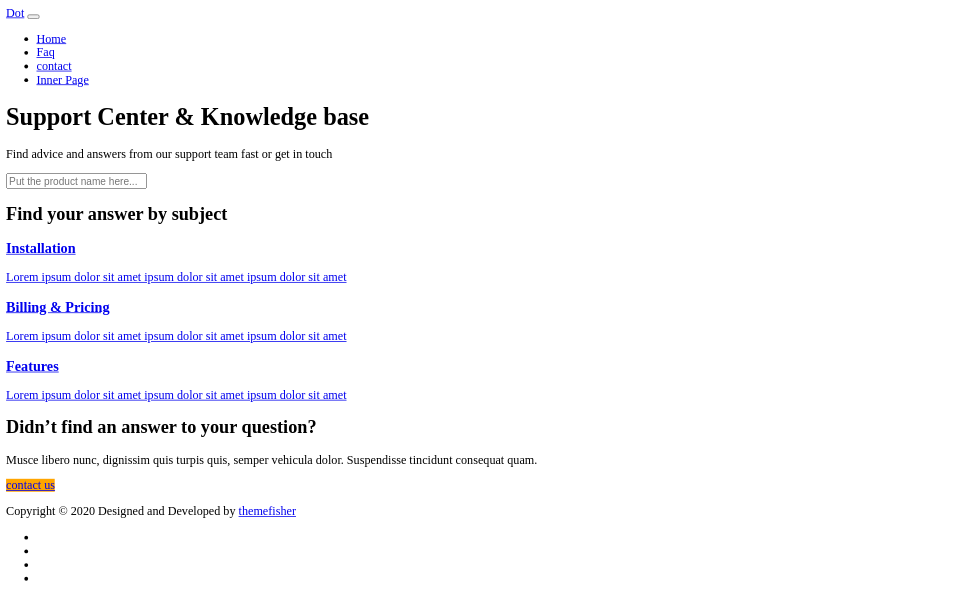
Repository: AlexThyCoolest/ReviewReader
Page: http://localhost/
An editor plug-in stored every save of this project. The page is shown before and after the next save, followed by the edit.
The browser window is 1280 px wide. The pictures show the whole page, at 76% of full size.
The page is served by the project's application, run on Flask 3 (main.py).

Above is the page before, as saved 2024-07-23 10:34:52.
Console error: ReferenceError: jQuery is not defined
Not found: OYT/Users/alex/Documents/OYT/assets/style.css
Not found: OYT/plugins/bootstrap/bootstrap.min.css
Not found: OYT/plugins/bootstrap/bootstrap.min.js

### OYT/templates/index.html
<!DOCTYPE html>
<html lang="en-us">

<head>
    <meta charset="utf-8">
    <title>Dot</title>
    <meta name="viewport" content="width=device-width, initial-scale=1, maximum-scale=1">

    <!-- theme meta -->
    <meta name="theme-name" content="dot" />

    <!-- ** CSS Plugins Needed for the Project ** -->

    <!-- Bootstrap -->
    <link rel="stylesheet" href="plugins/bootstrap/bootstrap.min.css">
    <!-- themefy-icon -->
    <link rel="stylesheet" href="plugins/themify-icons/themify-icons.css">
    <!--Favicon-->
    <link rel="icon" href="images/favicon.png" type="image/x-icon">
    <!-- fonts -->
    <link href="https://fonts.googleapis.com/css?family=Lato:300,400,700&display=swap" rel="stylesheet">
    <!-- Main Stylesheet -->
    <link href="/Users/alex/Documents/OYT/assets/style.css" rel="stylesheet" media="screen" />
    <style>
        :root {
            --primary-color: #FFA500;
            /* Yellow-Orange */
        }

        .btn-primary,
        .bg-primary {
            background-color: var(--primary-color) !important;
            border-color: var(--primary-color) !important;
        }

        .text-primary {
            color: var(--primary-color) !important;
        }
    </style>
</head>
</head>

<body>
    <!-- header -->
    <header class="banner overlay bg-cover" data-background="images/banner.jpg">
        <nav class="navbar navbar-expand-md navbar-dark">
            <div class="container">
                <a class="navbar-brand px-2" href="index.html">Dot</a>
                <button class="navbar-toggler border-0" type="button" data-toggle="collapse" data-target="#navigation"
                    aria-controls="navigation" aria-expanded="false" aria-label="Toggle navigation">
                    <span class="navbar-toggler-icon"></span>
                </button>

                <div class="collapse navbar-collapse text-center" id="navigation">
                    <ul class="navbar-nav ml-auto">
                        <li class="nav-item">
                            <a class="nav-link text-dark" href="index.html">Home</a>
                        </li>
                        <li class="nav-item">
                            <a class="nav-link text-dark" href="faq.html">Faq</a>
                        </li>
                        <li class="nav-item">
                            <a class="nav-link text-dark" href="contact.html">contact</a>
                        </li>
                        <li class="nav-item">
                            <a class="nav-link text-dark" href="single.html">Inner Page</a>
                        </li>
                    </ul>
                </div>
            </div>
        </nav>
        <!-- banner -->
        <div class="container section">
            <div class="row">
                <div class="col-lg-8 text-center mx-auto">
                    <h1 class="text-white mb-3">Support Center &amp; Knowledge base</h1>
                    <p class="text-white mb-4">Find advice and answers from our support team fast or get in touch</p>
                    <div class="position-relative">
                        <input id="articleURL" name="articleURL" type="text" class="form-control"
                            placeholder="Put the product name here..."><i class="ti-search search-icon"></i>
                    </div>
                </div>
            </div>
        </div>
        <!-- /banner -->
    </header>
    <!-- /header -->

    <!-- topics -->
    <section class="section">
        <div class="container">
            <div class="row justify-content-center">
                <div class="col-12 text-center">
                    <h2 class="section-title">Find your answer by subject</h2>
                </div>
                <!-- topic-item -->
                <div class="col-lg-4 col-sm-6 mb-4">
                    <a href="single.html" class="px-4 py-5 bg-white shadow text-center d-block match-height">
                        <i class="ti-panel icon text-primary d-block mb-4"></i>
                        <h3 class="mb-3 mt-0">Installation</h3>
                        <p class="mb-0">Lorem ipsum dolor sit amet ipsum dolor sit amet ipsum dolor sit amet</p>
                    </a>
                </div>
                <div class="col-lg-4 col-sm-6 mb-4">
                    <a href="single.html" class="px-4 py-5 bg-white shadow text-center d-block match-height">
                        <i class="ti-credit-card icon text-primary d-block mb-4"></i>
                        <h3 class="mb-3 mt-0">Billing &amp; Pricing</h3>
                        <p class="mb-0">Lorem ipsum dolor sit amet ipsum dolor sit amet ipsum dolor sit amet</p>
                    </a>
                </div>
                <div class="col-lg-4 col-sm-6 mb-4">
                    <a href="single.html" class="px-4 py-5 bg-white shadow text-center d-block match-height">
                        <i class="ti-package icon text-primary d-block mb-4"></i>
                        <h3 class="mb-3 mt-0">Features</h3>
                        <p class="mb-0">Lorem ipsum dolor sit amet ipsum dolor sit amet ipsum dolor sit amet</p>
                    </a>
                </div>
            </div>
        </div>
    </section>
    <!-- /topics -->

    <!-- call to action -->
    <section>
        <div class="container">
            <div class="row">
                <div class="col-12">
                    <div class="section px-3 bg-white shadow text-center">
                        <h2 class="mb-4">Didn&rsquo;t find an answer to your question?</h2>
                        <p class="mb-4">Musce libero nunc, dignissim quis turpis quis, semper vehicula dolor.
                            Suspendisse tincidunt
                            consequat quam.</p>
                        <a href="contact.html" class="btn btn-primary">contact us</a>
                    </div>
                </div>
            </div>
        </div>
    </section>
    <!-- /call to action -->

    <!-- footer -->
    <footer class="section pb-4">
        <div class="container">
            <div class="row align-items-center">
                <div class="col-md-8 text-md-left text-center">
                    <p class="mb-md-0 mb-4">Copyright © 2020 Designed and Developed by <a
                            href="https://themefisher.com/">themefisher</a></p>
                </div>
                <div class="col-md-4 text-md-right text-center">
                    <ul class="list-inline">
                        <li class="list-inline-item"><a class="text-color d-inline-block p-2" href="#"><i
                                    class="ti-facebook"></i></a></li>
                        <li class="list-inline-item"><a class="text-color d-inline-block p-2" href="#"><i
                                    class="ti-twitter-alt"></i></a></li>
                        <li class="list-inline-item"><a class="text-color d-inline-block p-2" href="#"><i
                                    class="ti-github"></i></a>
                        </li>
                        <li class="list-inline-item"><a class="text-color d-inline-block p-2" href="#"><i
                                    class="ti-linkedin"></i></a></li>
                    </ul>
                </div>
            </div>
        </div>
    </footer>
    <!-- /footer -->

    <!-- ** JS Plugins Needed for the Project ** -->
    <!-- jquiry -->
    <script src="plugins/jquery/jquery-1.12.4.js"></script>
    <!-- Bootstrap JS -->
    <script src="plugins/bootstrap/bootstrap.min.js"></script>
    <!-- match-height JS -->
    <script src="plugins/match-height/jquery.matchHeight-min.js"></script>
    <!-- Main Script -->
    <script src="assets/script.js"></script>
</body>

</html>

### OYT/static/assets/style.css
:root {
  --primary-color: #02007e;
  --body-color: #f9f9f9;
  --text-color: #636363;
  --text-color-dark: #242738;
  --white-color: #ffffff;
  --light-color: #f8f9fa;
  --font-family: Lato;
}

body {
  line-height: 1.5;
  font-family: var(--font-family), sans-serif;
  -webkit-font-smoothing: antialiased;
  font-size: 17px;
  color: var(--text-color);
  background-color: var(--body-color)
}

p {
  color: var(--text-color);
  font-size: 15px
}

h1,
h2,
h3,
h4,
h5,
h6 {
  color: var(--text-color-dark);
  font-family: var(--font-family), sans-serif;
  font-weight: 700;
  line-height: 1.2
}

h1,
.h1 {
  font-size: 45px
}

h2,
.h2 {
  font-size: 32px
}

h3,
.h3 {
  font-size: 26px
}

h4,
.h4 {
  font-size: 20px
}

h5,
.h5 {
  font-size: 18px
}

h6,
.h6 {
  font-size: 14px
}

.btn {
  font-size: 14px;
  font-family: var(--font-family), sans-serif;
  text-transform: uppercase;
  padding: 16px 44px;
  border-radius: 0;
  font-weight: 600;
  border: 0;
  position: relative;
  z-index: 1;
  transition: .2s ease
}

.btn:focus {
  outline: 0;
  box-shadow: none !important
}

.btn:active {
  box-shadow: none
}

.btn-primary {
  background: var(--primary-color);
  color: var(--white-color)
}

.btn-primary:active {
  background: var(--primary-color)
}

.btn-primary:hover {
  background: var(--primary-color)
}

.btn-primary:not(:disabled):not(.disabled).active,
.btn-primary:not(:disabled):not(.disabled):active,
.show>.btn-primary.dropdown-toggle {
  color: var(--white-color);
  background-color: var(--primary-color);
  border-color: var(--primary-color)
}

.inline-button {
  line-height: .8rem !important;
  padding: 5px 8px !important;
  pointer-events: none;
  margin-top: -5px
}

.overflow-hidden {
  overflow: hidden !important
}

::-moz-selection {
  background: var(--primary-color);
  color: var(--white-color)
}

::selection {
  background: var(--primary-color);
  color: var(--white-color)
}

.preloader {
  position: fixed;
  top: 0;
  left: 0;
  right: 0;
  bottom: 0;
  background-color: var(--white-color);
  z-index: 999;
  display: flex;
  align-items: center;
  justify-content: center
}

ul {
  list-style-type: none;
  margin: 0;
  padding-left: 0;
  font-size: 15px
}

ol {
  padding-left: 20px;
  font-size: 15px
}

img {
  vertical-align: middle;
  border: 0
}

a,
a:hover,
a:focus {
  text-decoration: none;
  color: var(--primary-color)
}

a:hover,
a:focus {
  color: var(--primary-color)
}

a,
button,
select {
  cursor: pointer;
  transition: .2s ease
}

a:focus,
button:focus,
select:focus {
  outline: 0
}

.slick-slide {
  outline: 0
}

.section {
  padding-top: 80px;
  padding-bottom: 80px
}

@media(max-width:768px) {
  .section {
    padding-top: 60px
  }
}

.section-sm {
  padding-top: 60px;
  padding-bottom: 60px
}

@media(max-width:768px) {
  .section-sm {
    padding-top: 40px
  }
}

.section-title {
  margin-bottom: 40px
}

.bg-cover {
  background-size: cover;
  background-position: 50%;
  background-repeat: no-repeat
}

.border-primary {
  border-color: #f2f2f2 !important
}

pre {
  padding: 20px
}

.overlay {
  position: relative
}

.overlay::before {
  position: absolute;
  content: '';
  height: 100%;
  width: 100%;
  top: 0;
  left: 0;
  background: var(--primary-color);
  opacity: .8
}

.outline-0 {
  outline: 0 !important
}

.d-unset {
  display: unset !important
}

.bg-primary {
  background: var(--primary-color) !important
}

.bg-white {
  background-color: var(--white-color) !important
}

.bg-light {
  background-color: var(--light-color) !important
}

.text-primary {
  color: var(--primary-color) !important
}

.text-color {
  color: var(--text-color) !important
}

.text-dark {
  color: var(--text-color-dark) !important
}

.text-white {
  color: var(--white-color) !important
}

.top-50 {
  top: 50px
}

.navbar {
  padding: 0
}

@media(max-width:768px) {
  .navbar {
    padding: 10px 0
  }
}

.navbar-brand img {
  max-width: 100px;
  margin-bottom: 0
}

.navbar .nav-item .nav-link {
  text-transform: uppercase;
  padding: 10px 15px !important;
  font-size: 15px
}

.navbar .dropdown:hover .dropdown-menu {
  visibility: visible;
  opacity: 1;
  -webkit-transform: scaleX(1);
  transform: scaleX(1)
}

.navbar .dropdown-menu {
  box-shadow: 0 3px 9px 0 rgba(0, 0, 0, .12);
  padding: 15px 0;
  border: 0;
  top: 40px;
  left: -35px;
  border-radius: 0;
  display: block;
  visibility: hidden;
  transition: .3s ease;
  opacity: 0;
  -webkit-transform: translateY(20px);
  transform: translateY(20px);
  background: var(--white-color)
}

@media(max-width:768px) {
  .navbar .dropdown-menu {
    display: none;
    opacity: 1;
    visibility: visible;
    -webkit-transform: translateY(0);
    transform: translateY(0);
    -webkit-transform-origin: unset;
    transform-origin: unset
  }
}

.navbar .dropdown-menu.view {
  visibility: visible !important;
  opacity: 1;
  -webkit-transform: translateY(0);
  transform: translateY(0);
  -webkit-transform-origin: top;
  transform-origin: top
}

@media(max-width:768px) {
  .navbar .dropdown-menu.view {
    display: block
  }
}

.navbar .dropdown-menu.show {
  visibility: hidden
}

@media(max-width:768px) {
  .navbar .dropdown-menu.show {
    visibility: visible;
    display: block
  }
}

.navbar .dropdown-item {
  position: relative;
  color: var(--text-color-dark);
  transition: .2s ease;
  font-family: var(--font-family), sans-serif
}

@media(max-width:768px) {
  .navbar .dropdown-item {
    text-align: center
  }
}

.navbar .dropdown-item:hover {
  color: var(--primary-color);
  background: 0 0
}

.lang-list {
  background: var(--primary-color);
  color: var(--white-color)
}

.lang-list.dark {
  color: var(--text-color-dark);
  background: var(--white-color)
}

.banner {
  overflow: hidden
}

.banner p {
  font-size: 20px;
  opacity: .8
}

.banner .nav-link.text-dark {
  color: var(--white-color) !important
}

.banner .nav-link.text-dark:hover {
  color: var(--white-color) !important
}

.banner .navbar-brand {
  color: var(--white-color) !important
}

#project-icon {
  float: left;
  height: 32px;
  width: 32px
}

#project-description {
  margin: 0;
  padding: 0
}

.ui-helper-hidden-accessible {
  display: none
}

.ui-menu {
  background: var(--white-color);
  padding: 5px 20px 20px;
  right: 0 !important;
  max-height: 200px;
  overflow: hidden;
  border-radius: 0 0 25px 25px;
  z-index: 9999;
  box-shadow: 0 13px 20px 0 rgba(0, 0, 0, .07)
}

@media(max-width:575px) {
  .ui-menu {
    width: calc(100% - 30px) !important
  }
}

@media(min-width:576px) {
  .ui-menu {
    max-width: 510px !important
  }
}

@media(min-width:768px) {
  .ui-menu {
    max-width: 690px !important
  }
}

@media(min-width:992px) {
  .ui-menu {
    max-width: 610px !important
  }
}

@media(min-width:1200px) {
  .ui-menu {
    max-width: 730px !important
  }
}

.ui-menu-item a {
  color: var(--text-color);
  padding: 8px 0;
  font-size: 15px
}

.ui-menu-item a:hover {
  color: var(--primary-color)
}

.ui-menu-item:not(:last-child) {
  border-bottom: 1px solid #e8e8e8
}

.ui-menu-item * {
  display: none
}

.ui-menu-item .ui-corner-all {
  display: block
}

.form-control {
  height: 50px;
  border-radius: 25px;
  border: 0;
  padding: 0 20px
}

.form-control:focus {
  border: 0;
  box-shadow: none !important
}

textarea.form-control {
  height: 150px;
  padding: 20px
}

.icon {
  font-size: 40px
}

.shadow {
  box-shadow: 0 5px 15px rgba(0, 0, 0, .07) !important;
  transition: .3s ease
}

.shadow-bottom {
  box-shadow: 0 1px 0 rgba(12, 13, 14, .1), 0 1px 6px rgba(59, 64, 69, .1)
}

.shadow:hover,
.shadow:focus {
  box-shadow: 0 14px 25px rgba(0, 0, 0, .1) !important
}

.content * {
  margin-bottom: 20px
}

.content img {
  max-width: 100%;
  height: auto;
  margin: 0 auto 15px;
  display: block;
  text-align: center
}

.content ul {
  padding-left: 0;
  margin-bottom: 20px
}

.content ul li {
  padding-left: 20px;
  position: relative
}

.content ul li::before {
  position: absolute;
  content: '';
  height: 8px;
  width: 8px;
  border-radius: 50%;
  background: var(--primary-color);
  opacity: .3;
  left: 0;
  top: 8px
}

.list-styled li {
  padding-left: 20px;
  position: relative
}

.list-styled li::before {
  position: absolute;
  content: '';
  height: 8px;
  width: 8px;
  border-radius: 50%;
  background: var(--primary-color);
  opacity: .3;
  left: 0;
  top: 17px
}

.post-meta {
  color: var(--text-color);
  font-style: italic;
  font-size: 14px
}

blockquote {
  font-size: 20px !important;
  color: var(--text-color-dark);
  padding: 20px 40px;
  border-left: 2px solid var(--primary-color);
  margin: 40px 0;
  font-weight: 700;
  background: var(--light-color)
}

blockquote p {
  margin-bottom: 0 !important
}

.pagination {
  justify-content: space-between
}

.pagination a {
  color: var(--primary-color)
}

.pagination i {
  font-size: 15px;
  line-height: 1.8
}

#accordion i {
  font-size: 14px;
  line-height: 2
}

table {
  text-align: left;
  width: 100%;
  max-width: 100%;
  margin-bottom: 1rem;
  border: 1px solid #dee2e6
}

table td,
table th {
  padding: .75rem;
  vertical-align: top;
  border: 1px solid #dee2e6;
  margin-bottom: 0
}

thead {
  background: #ececec;
  margin-bottom: 0
}

tbody {
  background: #f8f8f8;
  margin-bottom: 0
}

.notices {
  margin: 2rem 0;
  position: relative
}

.notices p {
  padding: 10px
}

.notices p::before {
  position: absolute;
  top: 2px;
  color: #fff;
  font-family: themify;
  font-weight: 900;
  content: "\e717";
  left: 10px
}

.notices.note p {
  border-top: 30px solid #6ab0de;
  background: #e7f2fa
}

.notices.note p::after {
  content: 'Note';
  position: absolute;
  top: 2px;
  color: #fff;
  left: 2rem
}

.notices.tip p {
  border-top: 30px solid #78c578;
  background: #e6f9e6
}

.notices.tip p::after {
  content: 'Tip';
  position: absolute;
  top: 2px;
  color: #fff;
  left: 2rem
}

.notices.info p {
  border-top: 30px solid #f0b37e;
  background: #fff2db
}

.notices.info p::after {
  content: 'Info';
  position: absolute;
  top: 2px;
  color: #fff;
  left: 2rem
}

.notices.warning p {
  border-top: 30px solid #e06f6c;
  background: #fae2e2
}

.notices.warning p::after {
  content: 'Warning';
  position: absolute;
  top: 2px;
  color: #fff;
  left: 2rem
}

.sidebar {
  background-color: var(--white-color);
  position: sticky;
  top: 50px;
  margin-bottom: 30px;
  padding: 40px 10px 20px
}

.sidelist {
  display: block
}

li.sidelist>a {
  margin-left: 20px;
  margin-bottom: 10px;
  display: block;
  font-size: 20px
}

li.sidelist li a {
  margin: 0
}

.sidelist li.sidelist {
  display: block
}

.sidelist li.sidelist.active a {
  color: var(--primary-color)
}

.sidelist li.sidelist.active::before {
  opacity: 1
}

.page-list li a {
  display: none
}

.page-list li ul a {
  display: block
}

.sidelist li a {
  color: var(--text-color-dark);
  display: block;
  font-size: 15px;
  font-weight: 500;
  padding: 10px 0;
  line-height: 1.4
}

p:empty,
p a:empty {
  display: none !important
}

pre {
  display: block;
  padding: 9.5px;
  margin: 10px 0
}

code {
  margin-bottom: 0 !important;
  font-size: 100%
}

.back-btn {
  position: relative
}

.back-btn::before {
  position: absolute;
  font-family: themify;
  content: "\e6bc";
  font-size: 25px;
  height: 30px;
  width: 40px;
  background-color: var(--white-color);
  color: inherit;
  text-align: right;
  z-index: 1;
  left: -5px;
  top: -5px
}

.ui-autocomplete-input {
  border-bottom: 1px solid #d4d4d4 !important
}

.ui-autocomplete-input.active {
  border-bottom-left-radius: 0;
  border-bottom-right-radius: 0
}

.search-icon {
  position: absolute;
  right: 20px;
  top: 18px;
  font-size: 14px
}

i {
  transition: .2s ease
}

a:hover i {
  color: var(--primary-color)
}

pre code::-webkit-scrollbar {
  height: 5px
}

pre code::-webkit-scrollbar-track {
  background: #000
}

pre code::-webkit-scrollbar-thumb {
  background: #888
}

.code-tabs {
  border: 1px solid #dee2e6;
  overflow: hidden;
  margin: 20px 0
}

.code-tabs .tab-content {
  padding: 20px 15px;
  margin-bottom: 0
}

.code-tabs .tab-content .tab-pane {
  margin-bottom: 0
}

.code-tabs .nav-tabs {
  margin-bottom: 0
}

.code-tabs .nav-tabs .nav-item {
  padding-left: 0;
  border-right: 1px solid #dee2e6
}

.code-tabs .nav-tabs .nav-item .nav-link {
  text-decoration: none;
  font-weight: 500;
  border: 0;
  margin-bottom: 0
}

.code-tabs .nav-tabs .nav-item::before {
  display: none
}

.code-tabs .nav-tabs .nav-item.active {
  background: var(--primary-color)
}

.code-tabs .nav-tabs .nav-item.active .nav-link {
  color: var(--white-color)
}

Loaded but not shown: OYT/static/assets/script.js (26 lines, source omitted); OYT/main.py (279 lines, source omitted)

After the next save:
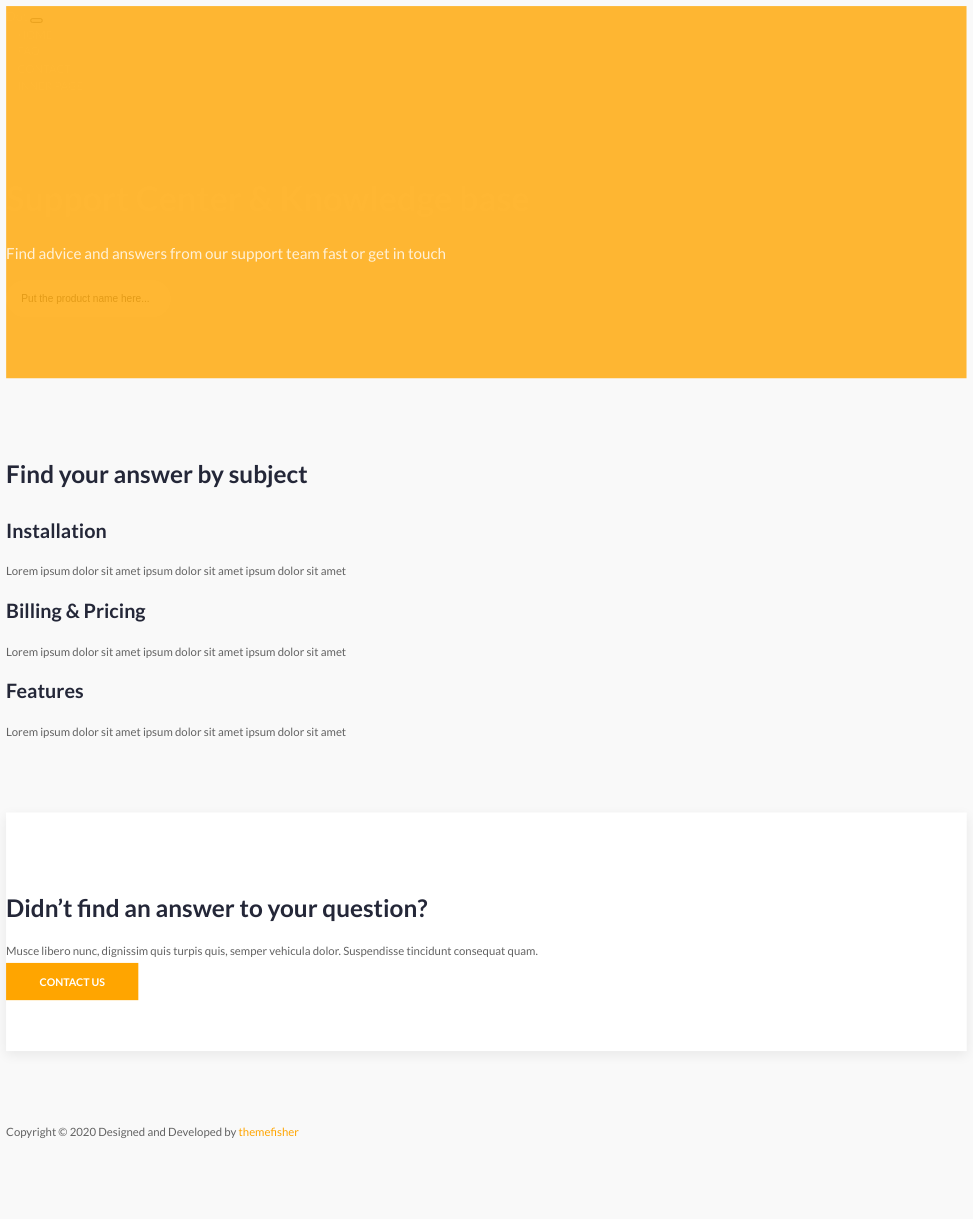
Saved 88 s later.
--- a/OYT/templates/index.html
+++ b/OYT/templates/index.html
@@ -20,7 +20,7 @@
     <!-- fonts -->
     <link href="https://fonts.googleapis.com/css?family=Lato:300,400,700&display=swap" rel="stylesheet">
     <!-- Main Stylesheet -->
-    <link href="/Users/alex/Documents/OYT/assets/style.css" rel="stylesheet" media="screen" />
+    <link href="static/assets/style.css" rel="stylesheet" media="screen" />
     <style>
         :root {
             --primary-color: #FFA500;
